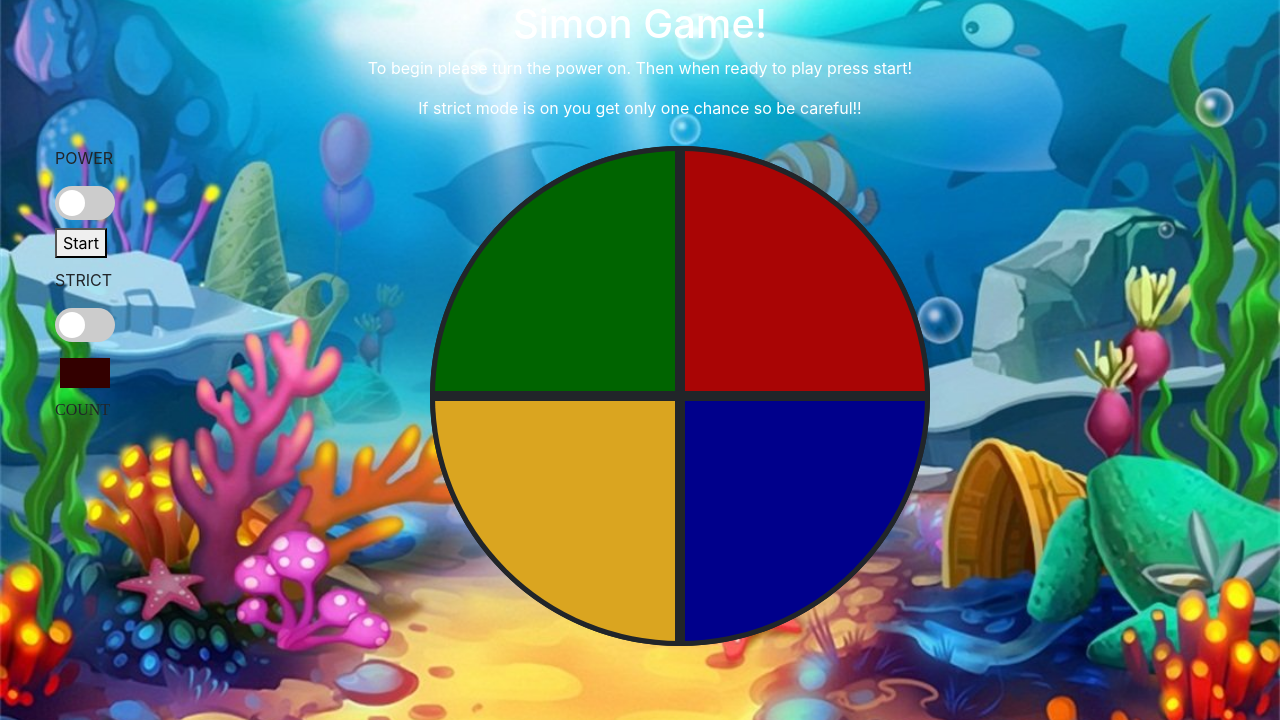
Repository: chrisoc19/SimonSays
Page: index.html
The author's editor kept a record of every edit. The page is drawn from the files as they stood at one moment, then again after the next edit.
The browser window is 1280 px wide. The pictures show the whole page.
Some web fonts or font styles are not loaded; a fallback is used.

Above is the page before.

### index.html
<!DOCTYPE html>
<html>

<head>
  <meta charset="UTF-8">
  <title>Simon Game</title>
  <meta name="viewport" content="width=device-width, initial-scale=1">
  <link href='https://fonts.googleapis.com/css?family=Original+Surfer&effect=emboss' rel='stylesheet' type='text/css'>
  <link rel="stylesheet" href="css/style.css">
<link rel="stylesheet" href="https://stackpath.bootstrapcdn.com/bootstrap/4.3.1/css/bootstrap.min.css" integrity="sha384-ggOyR0iXCbMQv3Xipma34MD+dH/1fQ784/j6cY/iJTQUOhcWr7x9JvoRxT2MZw1T" crossorigin="anonymous">

</head>

<body>


  <div class="container-fluid">
    <div class="row">
      <div class="col text text-box">
        <h1>Simon Game!</h1>
  <p>To begin please turn the power on. Then when ready to play press start!  </p>
  <p>If strict mode is on you get only one chance so be careful!!</p>
      </div>

    </div>


  <div class="row">
    <div class="col-sm-2 switches-wrapper">
      <div class="switches">

   <p>POWER</p>
  <label class="switch">
  <input type="checkbox" class="switch" id="on">
  <span class="slider round"></span>
</label>

  <div id="turn"></div>
  <div class="text2">
    COUNT
  </div>
  <div class ="button-container">
    <button class="button" id="start">Start</button>
    </div>


</label>

  <p>STRICT</p>
  <label class="switch">
  <input type="checkbox" class="switch" id="strict">
  <span class="slider round"></span>
</label>

</div>
    </div>
    <div class="col-sm-8">
      <div class="circle">
    <div id="topleft"></div>
    <div id="topright"></div>
    <div id="bottomleft"></div>
    <div id="bottomright"></div>
  </div>
    </div>

  </div>
</div>










  <script src="js/index.js"></script>

</body>

</html>

### css/style.css
body {
  margin-bottom: -200px;
  background-image: url("../img/sea.2.jpg");
  background-position: center;
  background-repeat: no-repeat;
  background-size: cover;

}

/* -----------------------------------------------------Simon game Text */

.text {
  text-align: center;
  color: white;
}

.text-box {
  margin-bottom: 10px;
  background-color: rgba(0, 123, 255, 0);
}




.switches-wrapper {
  margin-left: 40px;
   background-color: rgba(0, 123, 255, 0);
}





/* The switch - the box around the slider */

.switch {
  position: relative;
  display: inline-block;
  width: 60px;
  height: 34px;
}

/* Hide default HTML checkbox */

.switch input {
  opacity: 0;
  width: 0;
  height: 0;
}

/* The slider */

.slider {
  position: absolute;
  cursor: pointer;
  top: 0;
  left: 0;
  right: 0;
  bottom: 0;
  background-color: #ccc;
  -webkit-transition: .4s;
  transition: .4s;
}

.slider:before {
  position: absolute;
  content: "";
  height: 26px;
  width: 26px;
  left: 4px;
  bottom: 4px;
  background-color: white;
  -webkit-transition: .4s;
  transition: .4s;
}

input:checked+.slider {
  background-color: #2196F3;
}

input:focus+.slider {
  box-shadow: 0 0 1px #2196F3;
}

input:checked+.slider:before {
  -webkit-transform: translateX(26px);
  -ms-transform: translateX(26px);
  transform: translateX(26px);
}

/* Rounded sliders */

.slider.round {
  border-radius: 34px;
}

.slider.round:before {
  border-radius: 50%;
}

.toggle {
  margin-left: 20px;
  margin-right: 20px;
}


.button {
  -webkit-transition-duration: 0.4s;
  /* Safari */
  transition-duration: 0.4s;
}

.button:hover {
  background-color: #4CAF50;
  /* Green */
  color: white;
}

.button-container {
  margin-bottom: 10px;

}



.text2 {
  position: absolute;
  font-family: 'Original Surfer', cursive;
  margin-top: 170px;
  margin-bottom: 50px;
  margin-right: 20px;
}



#title {
  font-family: 'Original Surfer', cursive;
  font-size: 40px;
  text-align: center;

}



#turn {
  position: absolute;
  background: #330000;
  color: red;
  font-family: courier;
  font-size: 20px;
  height: 30px;
  width: 50px;

  margin-top: 130px;
  margin-left: 5px;
  text-align: center;

  line-height: 30px;
}

/*------------------------------------------------- circle */

.circle {

  background: #385a94;
  border-radius: 50%;
  height: 500px;
  width: 500px;
  position: relative;
  border-style: solid;
  border-width: 10px;
  margin: auto;


}

#topleft {
  position: absolute;
  height: 250px;
  width: 250px;
  border-radius: 250px 0 0 0;
  -moz-border-radius: 250px 0 0 0;
  -webkit-border-radius: 250px 0 0 0;
  background: darkgreen;
  top: 50%;
  left: 50%;
  margin: -250px 0px 0px -250px;
  border-style: solid;
  border-width: 5px;
  box-sizing: border-box;
  -moz-box-sizing: border-box;
  -webkit-box-sizing: border-box;
}

#topright {
  position: absolute;
  height: 250px;
  width: 250px;
  border-radius: 0 250px 0 0;
  -moz-border-radius: 0 250px 0 0;
  -webkit-border-radius: 0 250px 0 0;
  background: #a90505;
  top: 50%;
  left: 50%;
  margin: -250px 0px 0px 0px;
  border-style: solid;
  border-width: 5px;
  box-sizing: border-box;
  -moz-box-sizing: border-box;
  -webkit-box-sizing: border-box;
}

#bottomleft {
  position: absolute;
  height: 250px;
  width: 250px;
  border-radius: 0 0 0 250px;
  -moz-border-radius: 0 0 0 250px;
  -webkit-border-radius: 0 0 0 250px;
  background: goldenrod;
  top: 50%;
  left: 50%;
  margin: 0px -250px 0px -250px;
  border-style: solid;
  border-width: 5px;
  box-sizing: border-box;
  -moz-box-sizing: border-box;
  -webkit-box-sizing: border-box;
}

#bottomright {
  position: absolute;
  height: 250px;
  width: 250px;
  border-radius: 0 0 250px 0;
  -moz-border-radius: 0 0 250px 0;
  -webkit-border-radius: 0 0 250px 0;
  background: darkblue;
  top: 50%;
  left: 50%;
  margin: 0px 0px -250px 0px;
  border-style: solid;
  border-width: 5px;
  box-sizing: border-box;
  -moz-box-sizing: border-box;
  -webkit-box-sizing: border-box;
}

### js/index.js
let order = [];
let playerOrder = [];
let flash;
let turn;
let good;
let compTurn;
let intervalId;
let strict = false;
let start = false;
let noise = true;
let on = false;
let win;

let oneNoise = new Audio('sounds/drop.mp3');
let twoNoise = new Audio('sounds/pop.mp3');
let threeNoise = new Audio('sounds/seagull.ogg');
let fourNoise = new Audio('sounds/arr.mp3');
let startNoise = new Audio('sounds/startSound.ogg');
let offNoise = new Audio('sounds/off.ogg');
let winNoise = new Audio('sounds/winSound.wav');


const turnCounter = document.querySelector("#turn");
const topLeft = document.querySelector("#topleft");
const topRight = document.querySelector("#topright");
const bottomLeft = document.querySelector("#bottomleft");
const bottomRight = document.querySelector("#bottomright");
const strictButton = document.querySelector("#strict");
const onButton = document.querySelector("#on");
const startButton = document.querySelector("#start");

//--------------------------------------------------------------- strictButton
strictButton.addEventListener('change', (event) => {
    if (strictButton.checked == true) {
        strict = true;
        play();
    }
    else {
        strict = false;
        play();
    }
});
//--------------------------------------------------------------- onButton
onButton.addEventListener('click', (event) => {
    if (onButton.checked == true) {
        on = true;
        turnCounter.innerHTML = "-";
        startSound();
        flashColor();
        setTimeout(() => {
            clearColor();
        }, 800);
    }
    else {
        on = false;
        turnCounter.innerHTML = "Bye";
        setTimeout(() => {
            turnCounter.innerHTML = "";
        }, 800);

        clearInterval(intervalId);
        off();
        flashColor();
        setTimeout(() => {
            clearColor();
        }, 800);
    }
});

function startSound() {
    if (noise) {
        startNoise.play();
    }
    noise = true;

}

function off() {
    if (noise) {
        offNoise.play();
    }
    noise = true;

}
//---------------------------------------------------------------startButton
startButton.addEventListener('click', (event) => {
    if (on || win) {
        play();
    }
    if (onButton.checked == false) {
        startButton = 'unclick';
    }
});

function play() {
    win = false;
    order = [];
    playerOrder = [];
    flash = 0;
    intervalId = 0;
    turn = 1;
    turnCounter.innerHTML = 1;
    good = true;
    for (var i = 0; i < 20; i++) {
        order.push(Math.floor(Math.random() * 4) + 1);
    }
    compTurn = true;

    intervalId = setInterval(gameTurn, 800);
}

function gameTurn() {
    on = false;

    if (flash == turn) {
        clearInterval(intervalId);
        compTurn = false;
        clearColor();
        on = true;
    }

    if (compTurn) {
        clearColor();
        setTimeout(() => {
            if (order[flash] == 1) one();
            if (order[flash] == 2) two();
            if (order[flash] == 3) three();
            if (order[flash] == 4) four();
            flash++;
        }, 200);
    }
}

function one() {
    if (noise) {
        oneNoise.play();
    }
    noise = true;
    topLeft.style.backgroundColor = "lightgreen";
}

function two() {
    if (noise) {
        twoNoise.play();
    }
    noise = true;
    topRight.style.backgroundColor = "tomato";
}

function three() {
    if (noise) {
        threeNoise.play();
    }
    noise = true;
    bottomLeft.style.backgroundColor = "yellow";
}

function four() {
    if (noise) {
        fourNoise.play();
    }
    noise = true;
    bottomRight.style.backgroundColor = "lightskyblue";
}

function clearColor() {
    topLeft.style.backgroundColor = "darkgreen";
    topRight.style.backgroundColor = "darkred";
    bottomLeft.style.backgroundColor = "goldenrod";
    bottomRight.style.backgroundColor = "darkblue";
}

function flashColor() {
    topLeft.style.backgroundColor = "lightgreen";
    topRight.style.backgroundColor = "tomato";
    bottomLeft.style.backgroundColor = "yellow";
    bottomRight.style.backgroundColor = "lightskyblue";
}
//---------------------------------------------------------------Clicke Events
topLeft.addEventListener('click', (event) => {
    if (on || start) {
        playerOrder.push(1);
        check();
        one();
        if (!win) {
            setTimeout(() => {
                clearColor();
            }, 300);
        }
    }

});

topRight.addEventListener('click', (event) => {
    if (on || start) {
        playerOrder.push(2);
        check();
        two();
        if (!win) {
            setTimeout(() => {
                clearColor();
            }, 300);
        }
    }
});

bottomLeft.addEventListener('click', (event) => {
    if (on || start) {
        playerOrder.push(3);
        check();
        three();
        if (!win) {
            setTimeout(() => {
                clearColor();
            }, 300);
        }
    }

});

bottomRight.addEventListener('click', (event) => {
    if (on || start) {
        playerOrder.push(4);
        check();
        four();
        if (!win) {
            setTimeout(() => {
                clearColor();
            }, 300);
        }
    }
});

function check() {
    if (playerOrder[playerOrder.length - 1] !== order[playerOrder.length - 1])
        good = false;

    if (playerOrder.length == 20 && good) {
        winGame();
    }
    if (good == false) {
        flashColor();
        turnCounter.innerHTML = "NO";
        setTimeout(() => {
            turnCounter.innerHTML = turn;
            clearColor();

            if (strict) {
                play();
            }
            else {
                compTurn = true;
                flash = 0;
                playerOrder = [];
                good = true;
                intervalId = setInterval(gameTurn, 800);
            }
        }, 800);
        noise = false;
    }
    if (turn == playerOrder.length && good && !win) {
        turn++;
        playerOrder = [];
        compTurn = true;
        flash = 0;
        turnCounter.innerHTML = turn;
        intervalId = setInterval(gameTurn, 800);
    }
}

function winGame() {
    flashColor();
    winSound();
    turnCounter.innerHTML = "win!!";
    on = false;
    win = true;
}

function winSound() {
    if (noise) {
        winNoise.play();
    }
    noise = true;

}

After the next edit:
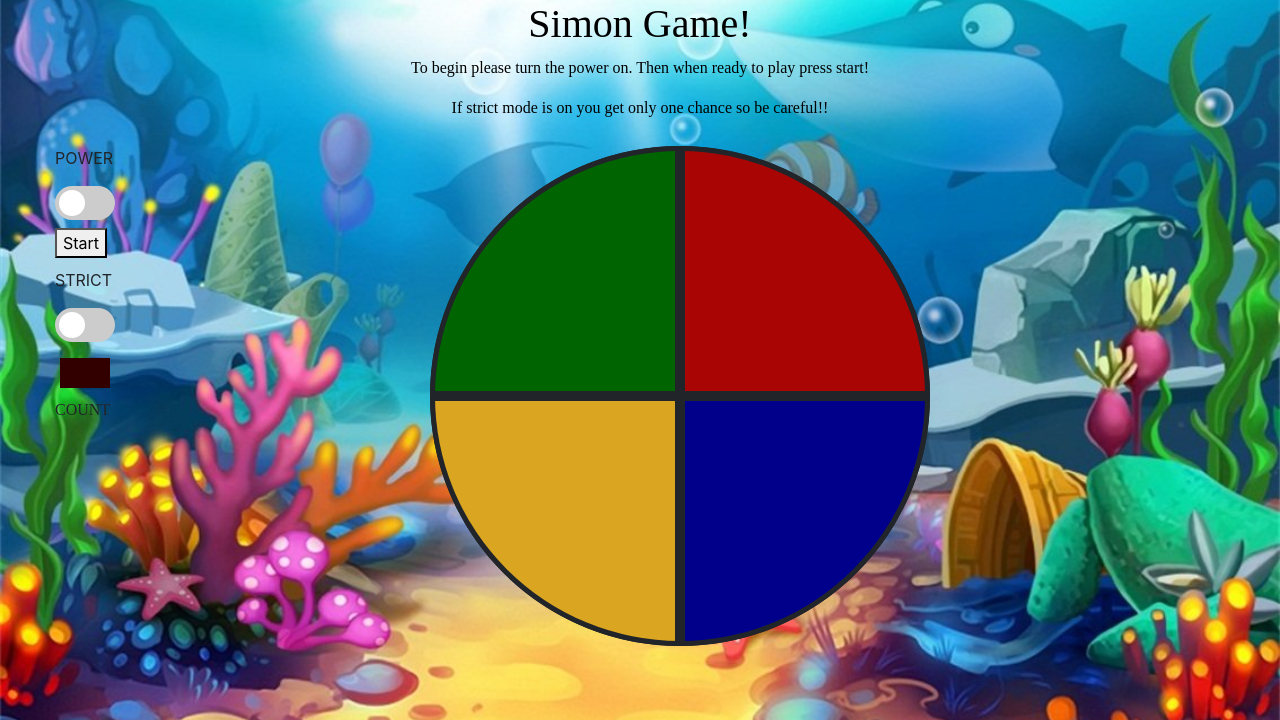
The edit:
--- a/css/style.css
+++ b/css/style.css
@@ -10,8 +10,9 @@
 /* -----------------------------------------------------Simon game Text */
 
 .text {
+  font-family: 'Original Surfer', cursive;
   text-align: center;
-  color: white;
+  color: black;
 }
 
 .text-box {
